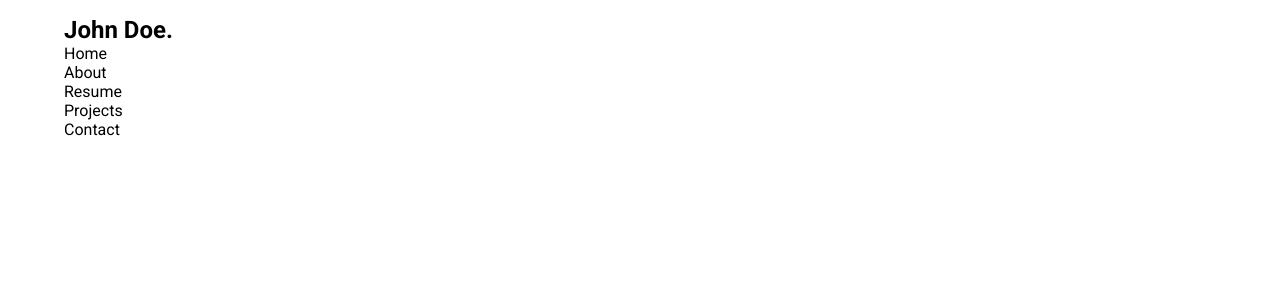
Repository: DevAntonioRogers/portfolio-tutorial
Page: index.html
The author's editor kept a copy of each file at every save. The page is drawn from the files as they stood at one save, then again after the next save.
The browser window is 1280 px wide. The pictures show the whole page.

Above is the page before, as saved 2023-10-31 22:45:44.

### index.html
<!DOCTYPE html>
<html lang="en">
  <head>
    <meta charset="UTF-8" />
    <meta
      name="viewport"
      content="width=device-width, initial-scale=1.0"
    />
    <script src="https://unpkg.com/typed.js@2.0.16/dist/typed.umd.js"></script>
    <script
      type="module"
      src="https://unpkg.com/ionicons@7.1.0/dist/ionicons/ionicons.esm.js"
    ></script>
    <script
      nomodule
      src="https://unpkg.com/ionicons@7.1.0/dist/ionicons/ionicons.js"
    ></script>
    <link rel="stylesheet" href="./styles/main.css" />
    <title>John Doe Portfolio</title>
  </head>
  <body>
    <!-------- NAVBAR --------->
    <header>
      <nav role="navigation" aria-label="Navigation">
        <div class="container navbar">
          <h1>John Doe.</h1>

          <ul class="nav-menu">
            <li><a href="#home">Home</a></li>
            <li><a href="#about">About</a></li>
            <li><a href="#resume">Resume</a></li>
            <li><a href="#projects">Projects</a></li>
            <li><a href="#contact">Contact</a></li>
          </ul>

          <button
            aria-label="Toggle Mobile Menu"
            class="hamburger"
          >
            <span class="bar"></span>
            <span class="bar"></span>
            <span class="bar"></span>
          </button>
        </div>
      </nav>
    </header>
  </body>
</html>

### styles/main.css
@import url("https://fonts.googleapis.com/css2?family=Roboto:wght@100;400;500;700&display=swap");
@import url(./navbar.css);

* {
  box-sizing: border-box;
  padding: 0;
  margin: 0;
  font-family: "Roboto", sans-serif;
}

html {
  scroll-behavior: smooth;
}

li {
  list-style: none;
}

a {
  text-decoration: none;
  color: inherit;
}

button {
  outline: none;
  border: none;
  background: inherit;
}

.container {
  width: 90%;
  margin: 0 auto;
  max-width: 1400px;
  height: 100%;
}

article {
  padding: 20px 0;
  display: flex;
  flex-direction: column;
  gap: 10px;
  border: solid 1px #dad9d9;
}

### styles/navbar.css
nav {
  background-color: transparent;
  position: fixed;
  width: 100%;
  z-index: 999;
  top: 0;
  left: 0;
  padding: 1rem 0;
}

After the next save:
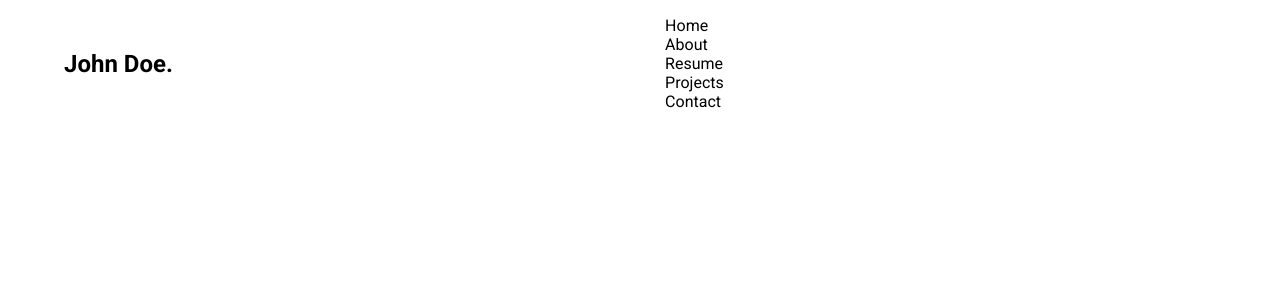
Saved 25 s later.
--- a/styles/navbar.css
+++ b/styles/navbar.css
@@ -7,3 +7,9 @@
   left: 0;
   padding: 1rem 0;
 }
+
+.navbar {
+  display: flex;
+  justify-content: space-between;
+  align-items: center;
+}
